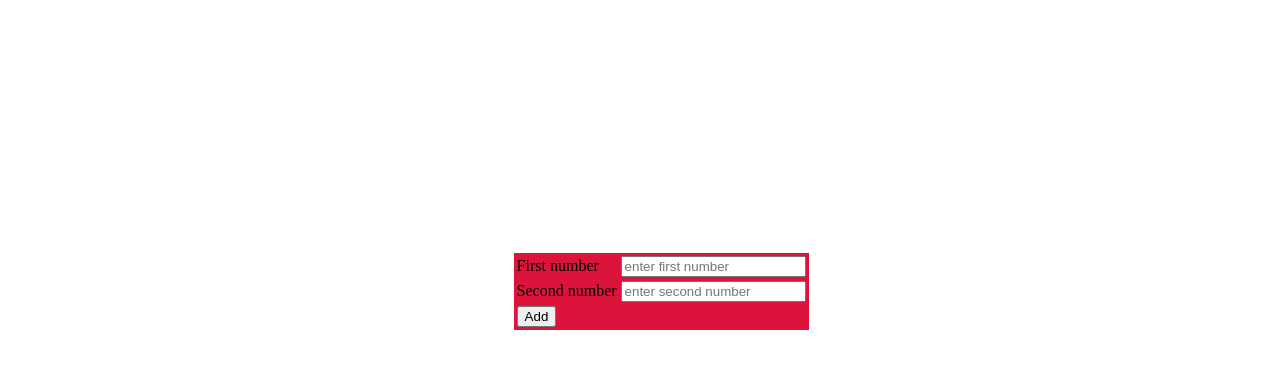
Repository: vima107/JDBC-CRUD-OPERATIONS
Page: addition/src/main/webapp/index.html
The author's editor kept a copy of each file at every save. The page is drawn from the files as they stood at one save, then again after the next save.
The browser window is 1280 px wide. The pictures show the whole page.

Above is the page before, as saved 2024-10-09 10:44:53.

### addition/src/main/webapp/index.html
<!DOCTYPE html>
<html>
<head>
<meta charset="UTF-8">
<title>Insert title here</title>
</head>
<body>

	<table style="margin-left:40%;margin-top:20%;background-color:crimson">
	<form action="/addition/Add">
		<tr>
			<td>First number</td>
			<td><input type="text" name="firstNumber" placeholder="enter first number"></td>
		</tr>
		<tr>
			<td>Second number</td>
			<td><input type="text" name="secondNumber" placeholder="enter second number"></td>
		</tr>
		<tr>
			<td><input type="submit" value="Add"></td>
		</tr>
	</form>
	</table>
</body>
</html>

After the next save:
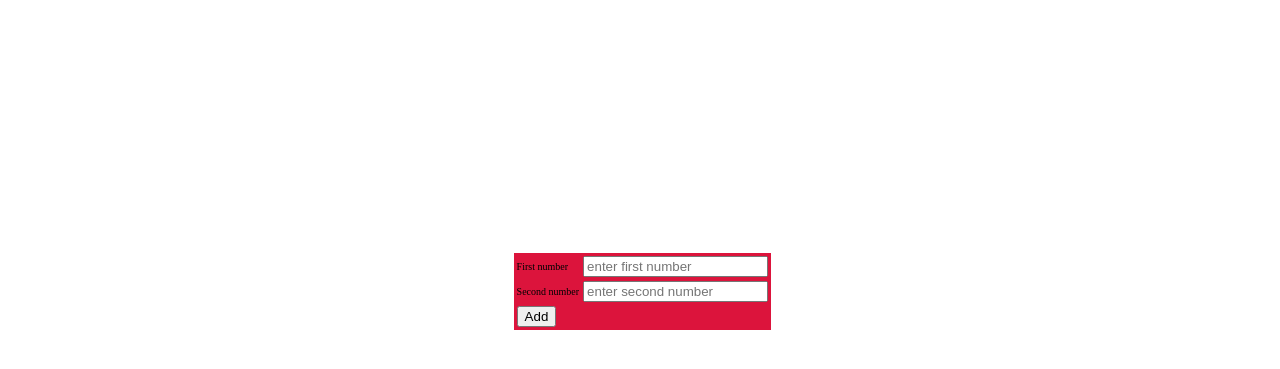
Saved 60 s later.
--- a/addition/src/main/webapp/index.html
+++ b/addition/src/main/webapp/index.html
@@ -6,7 +6,7 @@
 </head>
 <body>
 
-	<table style="margin-left:40%;margin-top:20%;background-color:crimson">
+	<table style="margin-left:40%;margin-top:20%;background-color:crimson; font-size:10px">
 	<form action="/addition/Add">
 		<tr>
 			<td>First number</td>
